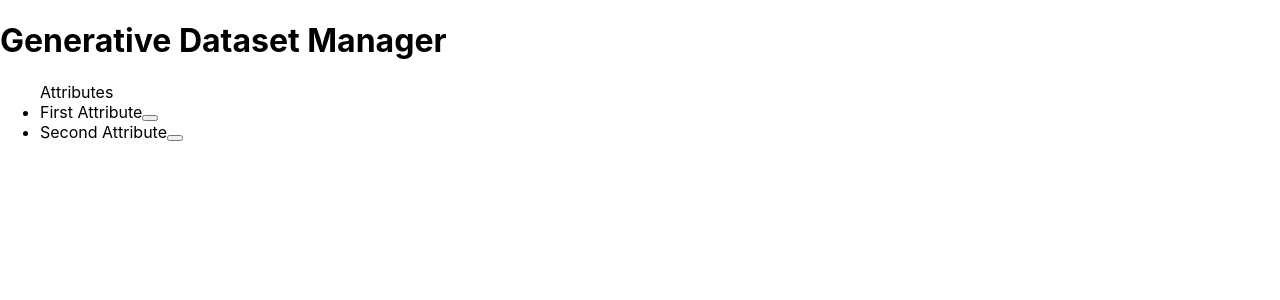
Repository: DaiWelsh/generatrive-ui
Page: /
These files come from the project's save history. The page is drawn as it stood at one moment and after the next save; the edit follows.
The browser window is 1280 px wide. The pictures show the whole page.
The project was rebuilt for these pictures with package versions that can differ from the ones it lists, and the page was loaded fresh each time. Also part of the build but not shown: src/App.css.

Above is the page before, as saved 2021-10-10 12:45:45.

### src/App.js
import './App.css';
import Dataset from './components/Dataset';
import DatasetState from './context/dataset/DatasetState';

function App() {
  console.log('*** App Render ***');

  return (
    <div>
      <h1>Generative Dataset Manager</h1>
      <DatasetState>
        <Dataset />
      </DatasetState>
    </div>
  );
}

export default App;

### src/components/Dataset.js
import React, { useContext, Fragment } from 'react'
import DatasetContext from '../context/dataset/datasetContext'

export default function Dataset() {
  console.log('*** Dataset Render ***');

  const datasetContext = useContext(DatasetContext);
  const attributes = datasetContext.attributes;

  console.log('attributes', attributes);

  const deleteAttribute = (id) => {
    console.log(`delete attribute ${id}`);
  };

  return (
    <ul>
      Attributes
      {attributes.map((attr) => <li>{attr.name}<button onClick={() => deleteAttribute(attr.id)}></button></li>)}
    </ul>
  );
}

### src/context/dataset/DatasetState.js
import React, { useReducer } from 'react';
import datasetContext from './datasetContext';
import datasetReducer from './datasetReducer';
import initialState from './initialState';
import { ADD_ATTRIBUTE, REMOVE_ATTRIBUTE } from '../types';

const DatasetState = props => {
  console.log('*** DatasetState Render ***');

  const [state, dispatch] = useReducer(datasetReducer, initialState);

  const addAttribute = (payload) => dispatch({ type: ADD_ATTRIBUTE, payload });
  const removeAttribute = (payload) => dispatch({ type: REMOVE_ATTRIBUTE, payload });

  const getAttributes = () => state.attributes;
  const getName = () => state.name;

  return <datasetContext.Provider value={{
    name: state.name,
    attributes: state.attributes,
    getName,
    getAttributes,
    addAttribute,
    removeAttribute,
  }}>
    {props.children}
  </datasetContext.Provider>
}

export default DatasetState;

### src/context/dataset/datasetContext.js
import { createContext } from 'react';

const datasetContext = createContext();

export default datasetContext;

### src/context/dataset/datasetReducer.js
import { ADD_ATTRIBUTE, REMOVE_ATTRIBUTE } from '../types';

const reducer = (state, action) => {
  console.log('datasetReducer', state, action);
  switch (action.type) {
    default:
      return state;
  }
}

export default reducer;

### src/context/dataset/initialState.js
const initialState = {
  name: 'test dataset',
  attributes: [
    {
      id: 'hashvalueattr1',
      name: 'First Attribute',
      values: [
        {
          id: 'hashvalue1',
          name: 'First attr value a',
          category: false,
          fileName: 'first/a.jpg',
          probability: 0.7,
        },
        {
          id: 'hashvalue2',
          name: 'First attr value b',
          category: false,
          fileName: 'first/b.jpg',
          probability: 0.3,
        },
      ],
    },
    {
      id: 'hashvalueattr2',
      name: 'Second Attribute',
      values: [
        {
          id: 'hashvalue3',
          name: 'Second attr value 1',
          category: false,
          fileName: 'second/1.jpg',
          probability: 0.1,
        },
        {
          id: 'hashvalue4',
          name: 'Second attr category 1',
          category: true,
          fileName: null,
          probability: 0.9,
          values: [
            {
              id: 'hashvalue5',
              name: 'Second attr cat 1 value 1',
              category: false,
              fileName: 'second/1/1.jpg',
              probability: 0.6,
            },
            {
              id: 'hashvalue6',
              name: 'Second attr cat 1 value 2',
              category: false,
              fileName: 'second/1/2.jpg',
              probability: 0.4,
            },
          ]
        },
      ],
    },
  ],
};

export default initialState;

### src/context/types.js
// dataset state
export const ADD_ATTRIBUTE = 'ADD_ATTRIBUTE';
export const REMOVE_ATTRIBUTE = 'REMOVE_ATTRIBUTE';

Loaded but not shown: public/index.html (common file); src/index.js (common file); src/index.css (common file); src/reportWebVitals.js (common file)

After the next save:
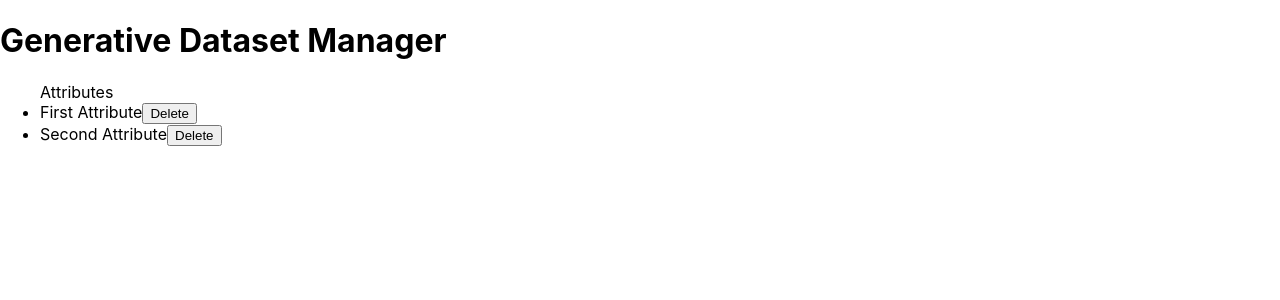
Saved 9 s later.
--- a/src/components/Dataset.js
+++ b/src/components/Dataset.js
@@ -16,7 +16,7 @@ export default function Dataset() {
   return (
     <ul>
       Attributes
-      {attributes.map((attr) => <li>{attr.name}<button onClick={() => deleteAttribute(attr.id)}></button></li>)}
+      {attributes.map((attr) => <li>{attr.name}<button onClick={() => deleteAttribute(attr.id)}>Delete</button></li>)}
     </ul>
   );
 }
